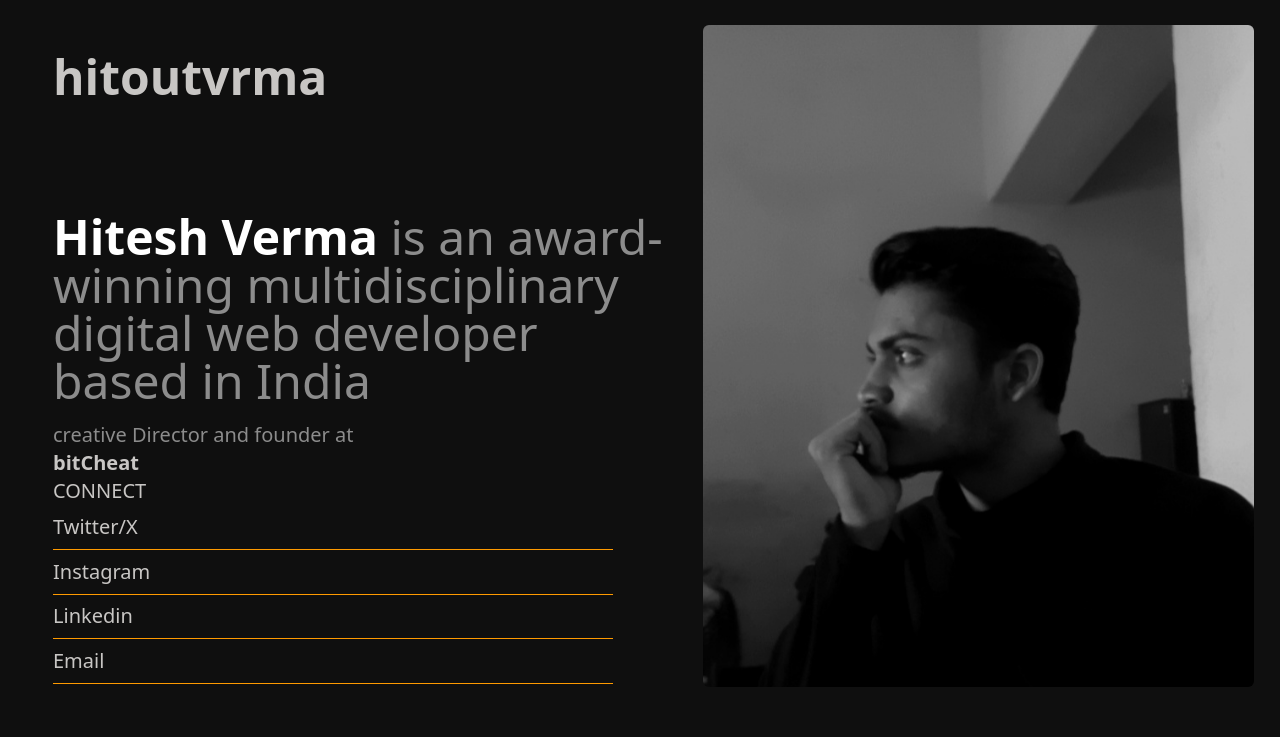
Repository: hitoutvrma/portfolio
Page: /
The author's editor kept a copy of each file at every save. The page is drawn from the files as they stood at one save, then again after a run of saves.
The browser window is 1280 px wide. The pictures show the whole page.
The project was rebuilt for these pictures with package versions that can differ from the ones it lists, and the page was loaded fresh each time. Also part of the build but not shown: vite.config.js.

Above is the page before, as saved 2025-03-07 01:18:00.

### src/index.css
@import "tailwindcss";
body{
    background-color: #0f0f0f;
    color: #c8c6c4;
    padding: 25px;
}

### src/App.jsx
import React from 'react'

function App() {
  return (
    <div className=''>
      <div className="sm:flex">
      <div className='hero sm:p-7 sm:text-5xl text-[8vw] w-[80vw] sm:w-[53vw]'>
      <logo className='text-4xl sm:text-5xl font-semibold'>hitoutvrma</logo>
        <p className='mt-28 leading-none text-[#8c8c8c]'><span className='text-white font-semibold'>Hitesh Verma</span> is an award-winning multidisciplinary digital web developer based in India</p>

        <div className='text-xl pt-4'>
          <p className='text-[#8c8c8c]'>creative Director and founder at </p>
          <p className='font-semibold'>bitCheat</p>
        </div>
        <div className='flex text-xl flex-col gap-2'>
          <p>CONNECT</p>
          <div className='w-[90%] '>Twitter/X</div>
          <div className='w-[90%] h-[0.1vh] bg-amber-500'></div>
          <div className='w-[90%] '>Instagram</div>
          <div className='w-[90%] h-[0.1vh] bg-amber-500'></div>
          <div className='w-[90%] '>Linkedin</div>
          <div className='w-[90%] h-[0.1vh] bg-amber-500'></div>
          <div className='w-[90%] '>Email</div>
          <div className='w-[90%] h-[0.1vh] bg-amber-500'></div>
        </div>
        </div>
        <div style={{ backgroundImage: "url('/user.jpg')" }} className=' bg-cover bg-center w-[43vw] h-[92vh]  bg-[#3a3a3a] rounded-md'>
        </div>
      </div>

    </div>
  )
}

export default App

Loaded but not shown: index.html (common file); src/main.jsx (common file)

After the next 2 saves:
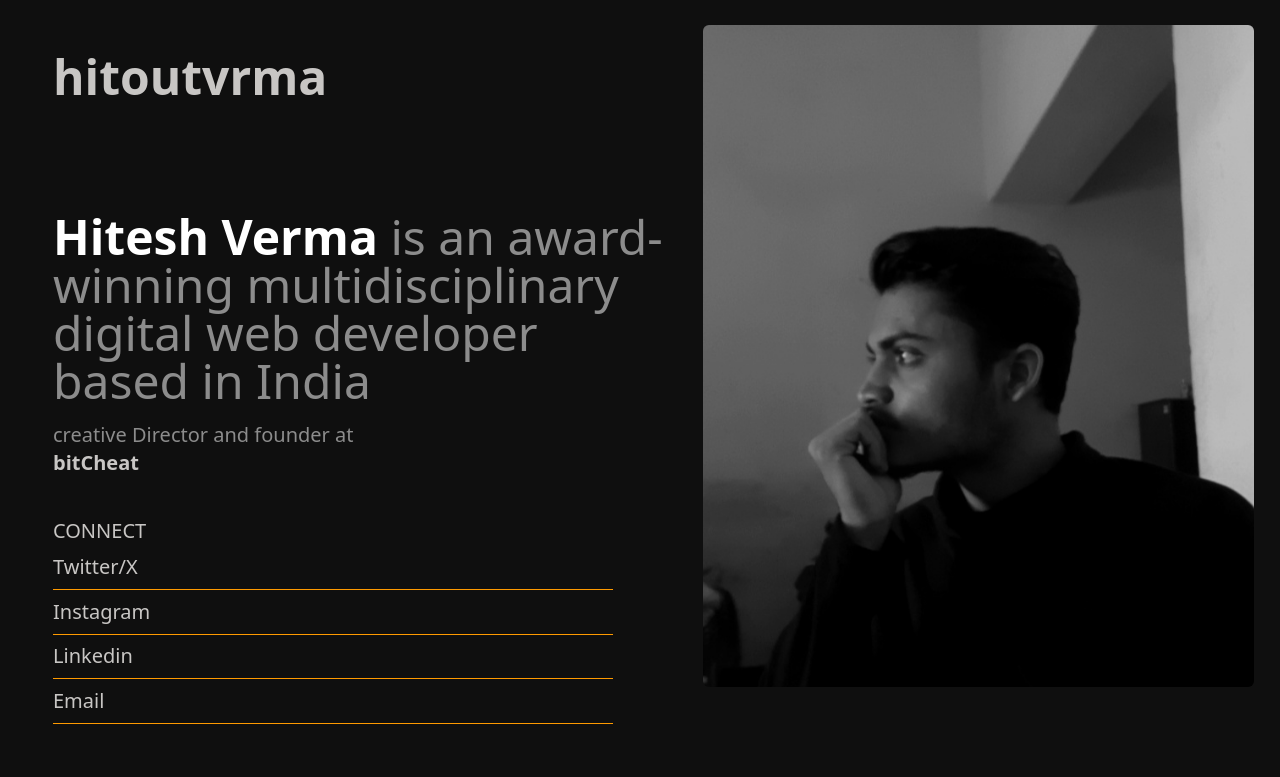
The 2 saves are shown as one change because they came seconds apart.
The last was saved 7 s later.
--- a/src/App.jsx
+++ b/src/App.jsx
@@ -12,7 +12,7 @@ function App() {
           <p className='text-[#8c8c8c]'>creative Director and founder at </p>
           <p className='font-semibold'>bitCheat</p>
         </div>
-        <div className='flex text-xl flex-col gap-2'>
+        <div className='flex text-xl pt-10 flex-col gap-2'>
           <p>CONNECT</p>
           <div className='w-[90%] '>Twitter/X</div>
           <div className='w-[90%] h-[0.1vh] bg-amber-500'></div>
